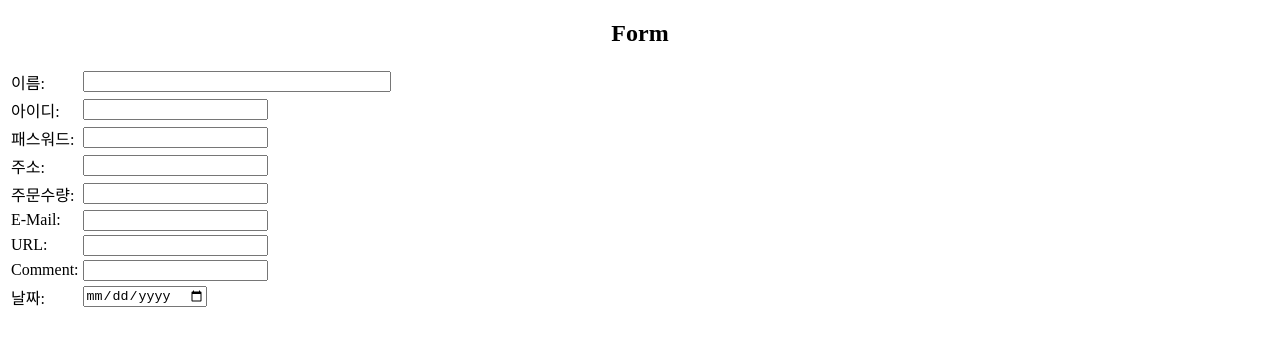
Repository: gyujin91/JSP
Page: web01/src/main/webapp/form.html
An editor plug-in stored every save of this project. The page is shown before and after the next save, followed by the edit.
The browser window is 1280 px wide. The pictures show the whole page.

Above is the page before, as saved 2022-04-22 05:18:06.

After the next save:
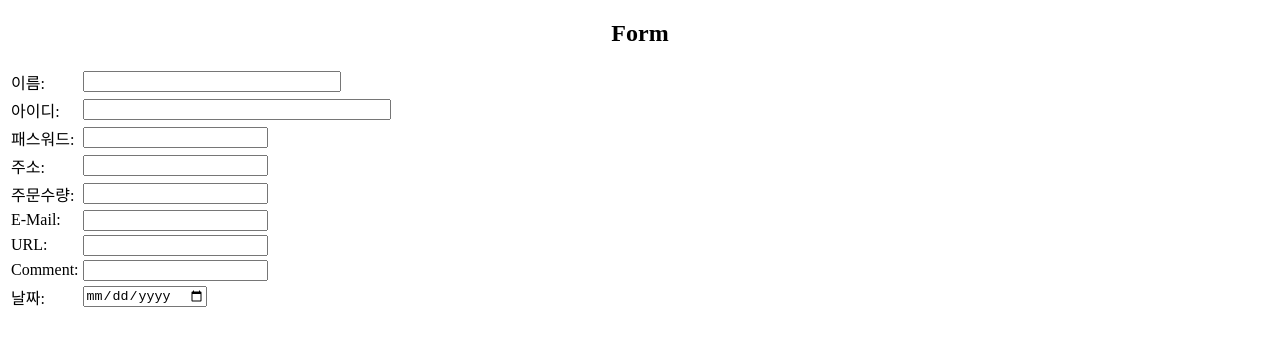
Saved 36 s later.
--- a/web01/src/main/webapp/form.html
+++ b/web01/src/main/webapp/form.html
@@ -5,7 +5,8 @@
 <link rel="stylesheet" type="text/css" href="">
 <style>
 .form{text-align: center;}
-.input1{width: 300px;}
+.input1{width: 250px;}
+.input2{width:300px;}
 </style>
 
 <title>Form Sample</title>
